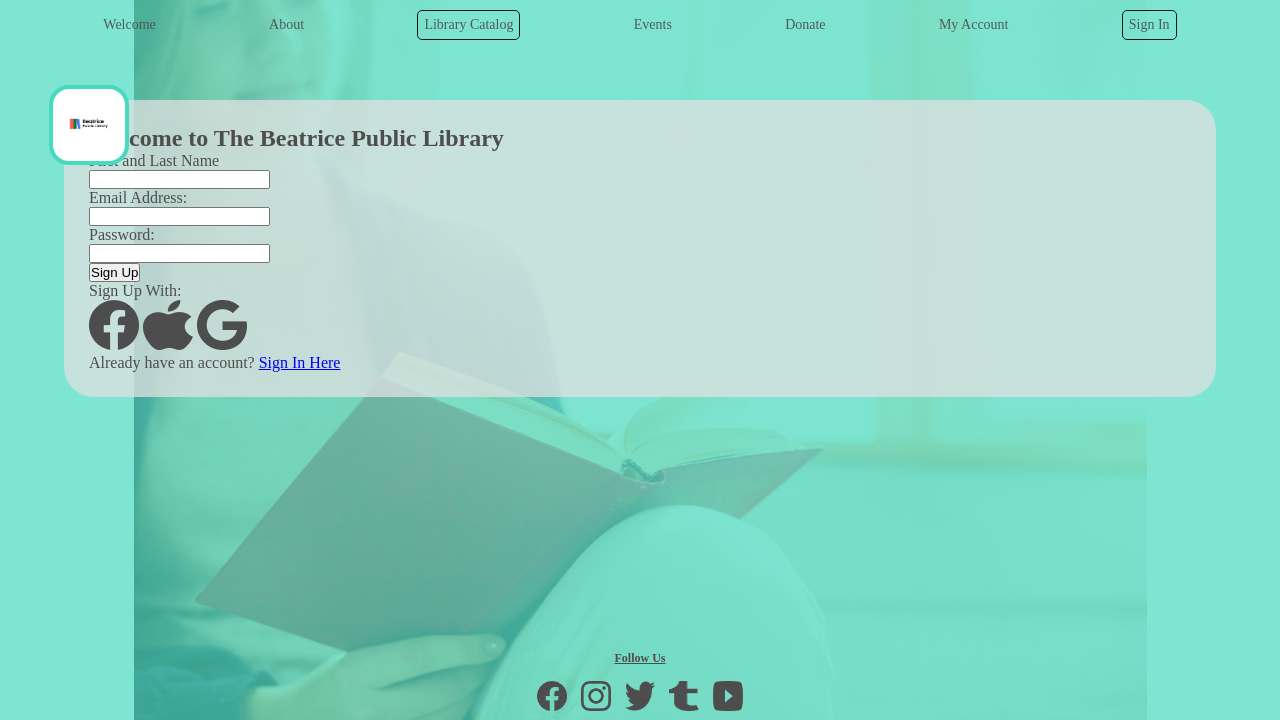
Repository: cokoduwa/RA-Wk5-Library
Page: createprofile.html
An editor plug-in stored every save of this project. The page is shown before and after the next save, followed by the edit.
The browser window is 1280 px wide. The pictures show the whole page.

Above is the page before, as saved 2023-01-27 20:34:08.

### createprofile.html
<!DOCTYPE html>
<html lang="en">
<head>
    <meta charset="UTF-8">
    <meta http-equiv="X-UA-Compatible" content="IE=edge">
    <meta name="viewport" content="width=device-width, initial-scale=1.0">
    <link rel="stylesheet" href="createprofile.css">
    <title>Create Profile</title>
</head>
<body>
    <div class="back-img-3">
        <div class="back-color">
            <nav>
                <div class="menu-options">
                    <a href="index.html">Welcome</a>
                    <a href="about.html">About</a>
                    <a class="nav-link" href="#">Library Catalog</a>
                    <a href="#">Events</a>
                    <a href="#">Donate</a>
                    <a href="#">My Account</a>
                    <a class="nav-link" href="signin.html">Sign In</a>
                </div>
            </nav>

            <main>
                <div class="sections">

                    <section id="create" class="card">
                        <img id="logo" src="images/BPLcanvaLogo.jpeg" alt="BPL Logo">

                        <h1>Welcome to The Beatrice Public Library</h1>

                        <form action="">
                            <label for="fullname">First and Last Name</label><br>
                            <input type="text" name="fullname" id="fullname"><br>
                            <label for="email">Email Address:</label><br>
                            <input type="email" name="email" id="email"><br>
                            <label for="">Password:</label><br>
                            <input type="password" name="password" id="password">
                        </form>

                        <div class="sign-up">
                            <button id="sign">Sign Up</button>

                            <p>Sign Up With:</p>

                            <div class="socials">
                                <img src="images/facebook.png" alt="">
                                <img src="images/apple.png" alt="">
                                <img src="images/google.png" alt="">
                            </div>

                        </div>

                        <p class="member">Already have an account? <a href="signin.html">Sign In Here</a></p>

                    </section>

                </div>

            </main>

            <footer>
                <h3>Follow Us</h3>
                <img class="social-media-logos" src="images/facebook.png" alt="Facebook Logo">
                <img class="social-media-logos" src="images/instagram.png" alt="Instagram Logo">
                <img class="social-media-logos" src="images/twitter.png" alt="Twitter Logo">
                <img class="social-media-logos" src="images/tumblr.png" alt="Tumblr Logo">
                <img class="social-media-logos" src="images/youtube.png" alt="YouTube Logo">
            </footer>

        </div>
    </div>


</body>
</html>

### createprofile.css
*{
    padding:0;
    margin:0;
    box-sizing: border-box;
}

body {
    color: #4E4D4D;
    font-family: 'Arial Rounded MT Bold';
    width: 100%;
}

.back-color {
    background-color: rgb(70, 218, 191, 0.7);
    height: 100vh;
}

.back-img-3 {
    height: 100%;
    background-position: center;
    background-size: contain;
    background-image: url("images/Sign-In-Up.png");
    background-repeat: no-repeat;

}

/****** Navigation Bar/Menu for all pages ******/
.menu-options{
    display: flex;
    justify-content: space-evenly;
    align-items: center;
    gap: 10px;
    opacity: 0.9;
    padding:10px 0;
}

nav a {
    text-decoration: none;
    color: #4E4D4D;
    font-size: 8px;
}
.nav-link {
    border-radius: 5px;
    border: 1px solid black;
    padding: 6px;
}

/***** Main Sections ******/
.sections {
    width: 90%;
    margin: 0 auto;

}

.card {
    background-color: rgba(224, 224, 224, 0.75);
    position: relative;
    border-radius: 30px;
    margin: 50px 0;
    padding: 25px;
}


/****** Section ******/

#about {
    text-align: center;
    padding: 40px;
    margin: 50px auto;
}

#about h1 {
    padding: 10px;
}

#about p {
    padding: 10px auto;
    font-size: 12px;
    line-height: 20px;
}

#about h2 {
    font-size: 14px;
    padding: 10px;
}

#about button {
    font-size: 12px;
    padding: 5px;
    margin: 20px auto;
    background-color: rgb(70, 218, 191, 0.6);
    border-radius: 5px;
    border: solid 1px;
}

#logo {
    width: 80px;
    height: 80px;
    border-radius: 20px;
    border: 4px solid #46DABF;
    padding: 10px;
    position: absolute;
    top: -15px;
    left: -15px;
    background-color: white;
}

#logo img {
    width: 100%;
}



/****** Footer for all pages ******/

footer {
    text-align: center;
    margin: 0 auto;
    width: 100%;
    position: absolute;
    bottom: 0;

}

footer h3 {
    font-size: 12px;
    text-decoration: underline;
    padding: 10px;
}

.social-media-logos{
    width: 2.5em;
    height: 2.5em;
    padding: .3em;
}

/***** Media Queries *****/

/* Medium devices (landscape tablets, 768px and up) */
@media only screen and (min-width: 768px) {
    nav a {
        font-size: 14px;
    }

    #about p {
        font-size: 16px;
    }

    #about h2 {
        font-size: 18px;
    }

}

/* Large devices (laptops/desktops, 992px and up) */
@media only screen and (min-width: 992px) {

    #about p {
        font-size: 14px;
    }

    #about h2 {
        font-size: 24px;
    }

    #about button {
        font-size: 14px;
    }
}

After the next save:
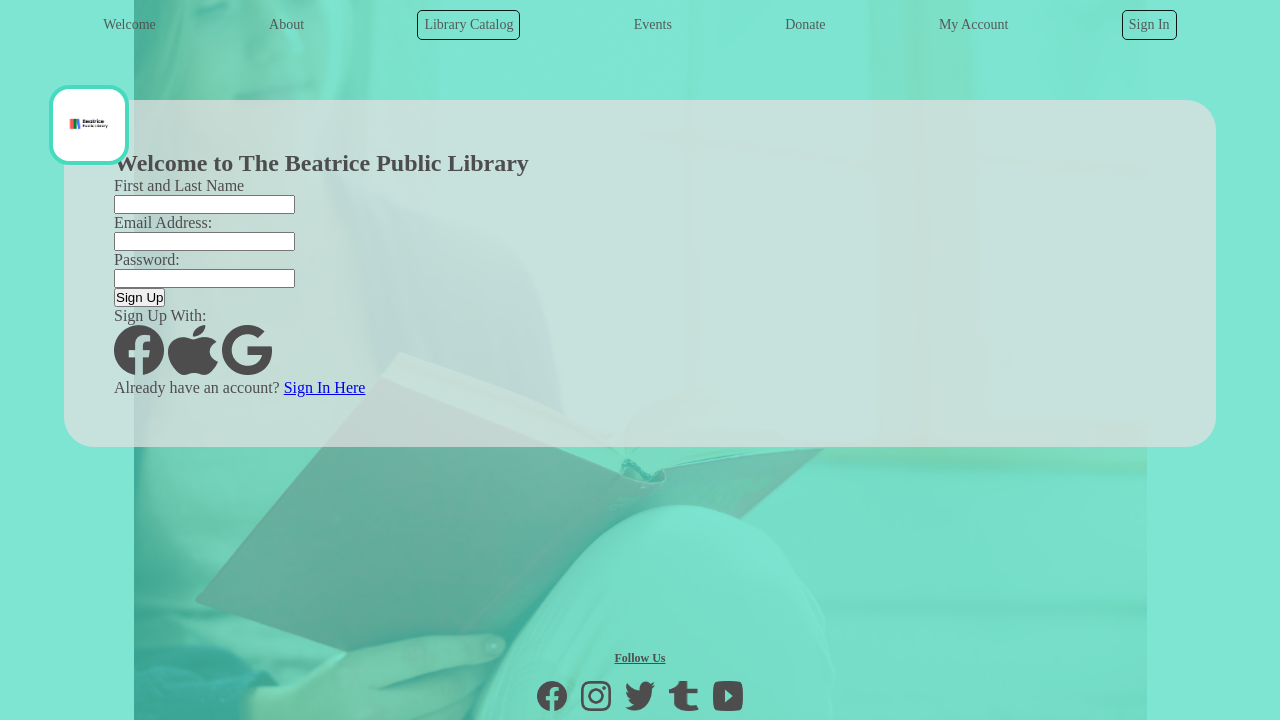
Saved 14 s later.
--- a/createprofile.css
+++ b/createprofile.css
@@ -57,7 +57,7 @@
     position: relative;
     border-radius: 30px;
     margin: 50px 0;
-    padding: 25px;
+    padding: 50px;
 }
 
 
